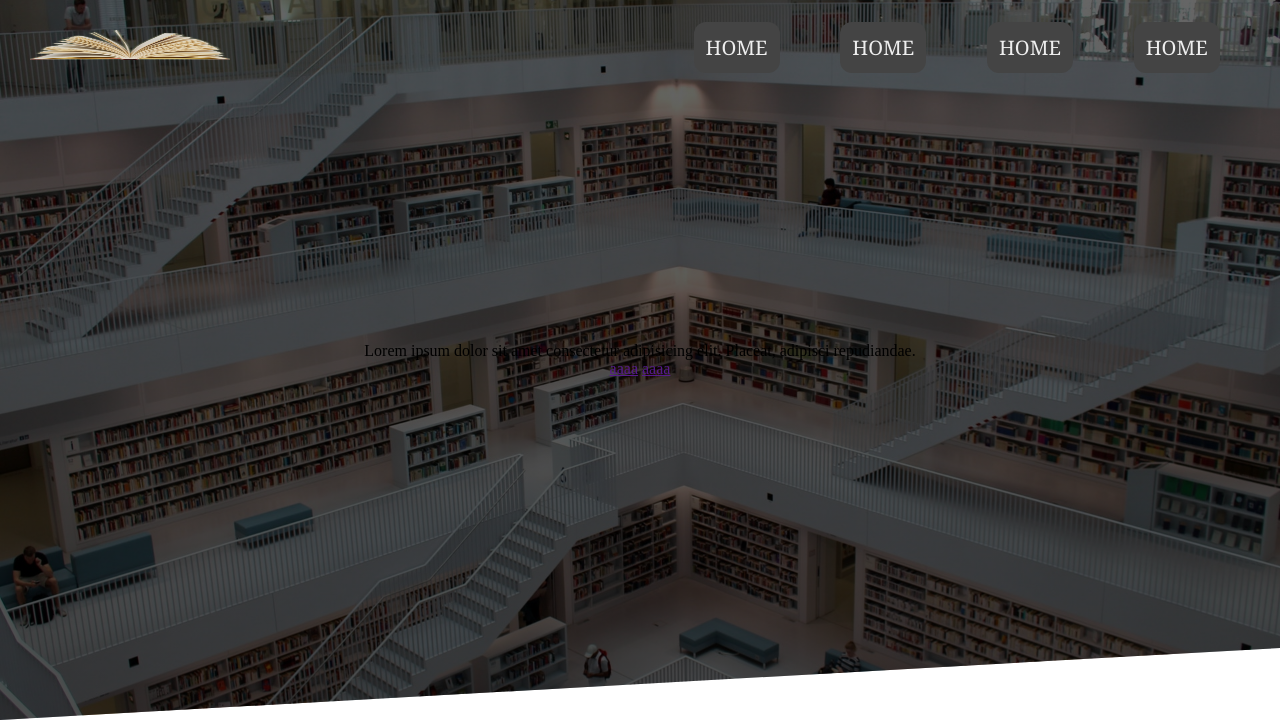
Repository: imedakrouti/BookStore
Page: ex.html
These files come from the project's save history. The page is drawn as it stood at one moment and after the next save; the edit follows.
The browser window is 1280 px wide. The pictures show the whole page.

Above is the page before, as saved 2020-05-06 21:57:57.

### ex.html
<!DOCTYPE html>
<html lang="en">
<head>
    <meta charset="UTF-8">
    <meta name="viewport" content="width=device-width, initial-scale=1.0">
    <title>Document</title>
</head>
<style>
    *{
        margin: 0;
        padding: 0;
        box-sizing: border-box;
    }
    header{
    height: 100vh;
    background:linear-gradient(rgba(0,0,0,0.6),rgba(0,0,0,0.7)),url('images/img/header-bg.jpeg')no-repeat fixed center /cover;
    clip-path: polygon(0 0, 100% 0, 100% 90%, 0 100%);
    display: flex;
    align-items: center;
    justify-content: center;
  }
    .nav{
        align-self: start;
        position: absolute;
        padding: 30px;
        width: 100%;
        display: flex;
        justify-content: space-between;
    }
    ul{
      display: flex;
     align-items: center;

    }
    .text-center{
        text-align: center;
    }
    ul li{
        list-style: none;
        margin: 0 30px;
    }
    ul li a{
        text-decoration: none;
       padding: 0.75rem;
       margin: 0.025rem;
        color:#eee;
        background:#444;
        font-size: 20px;
        font-family: Cambria, Cochin, Georgia, Times, 'Times New Roman', serif;
        text-transform: uppercase;
        border-radius: 12px;
    }

</style>
<body>
    <header>
        <div class="nav">
                <a href=""><img src="images/img/book.png" alt="" width="200px"height="30px"></a>

            <ul>
                <li><a href="">home</a></li>
                <li><a href="">home</a></li>
                <li><a href="">home</a></li>
                <li><a href="">home</a></li>

            </ul>
        </div>
        <div class="logo text-center">
            <p>Lorem ipsum dolor sit amet consectetur adipisicing elit. Placeat, adipisci repudiandae.</p>
            <a href="">aaaa</a>
            <a href="">aaaa</a>
        </div>
    </header>

</body>
</html>

After the next save:
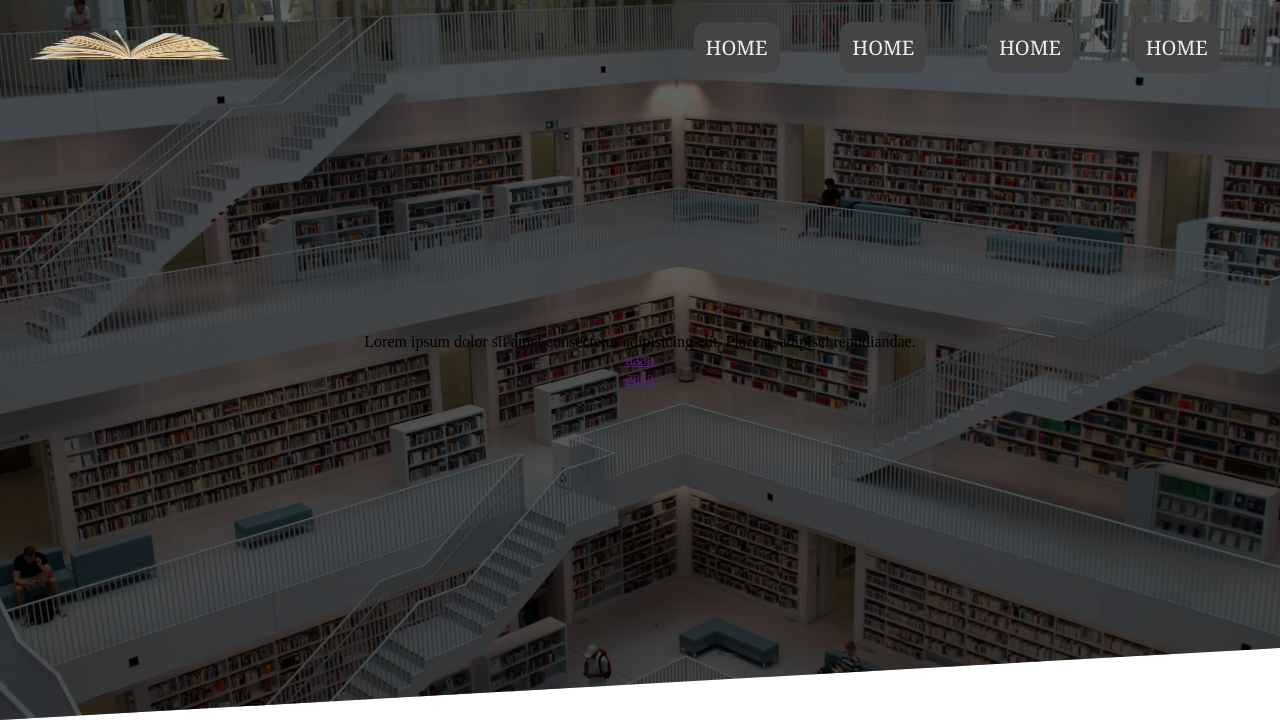
Saved 44 s later.
--- a/ex.html
+++ b/ex.html
@@ -34,6 +34,9 @@
     }
     .text-center{
         text-align: center;
+    }
+    .text-center a{
+        display: block;
     }
     ul li{
         list-style: none;
